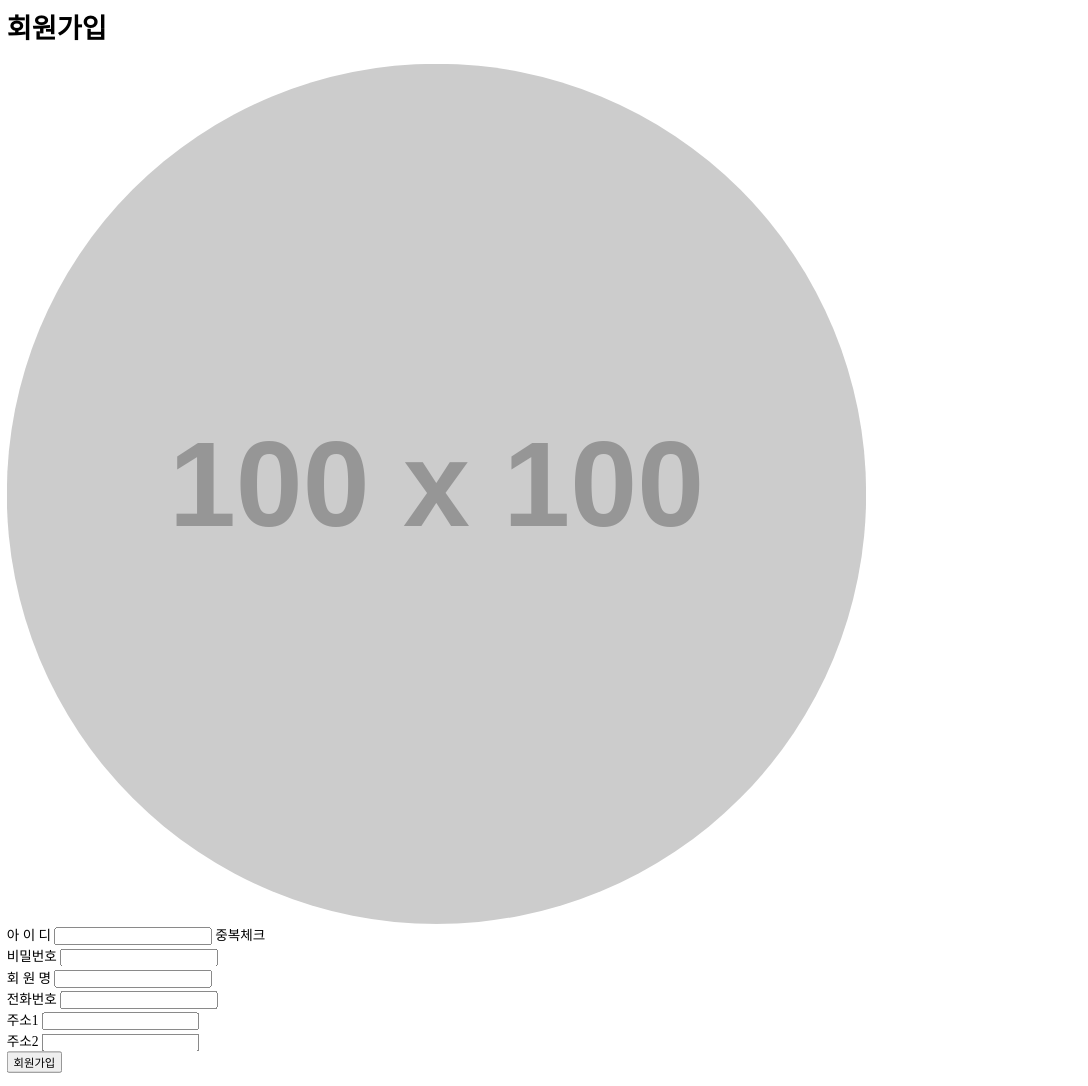
Repository: haegoal/web
Page: http://localhost/shop/user/insert.jsp
The author's editor kept a copy of each file at every save. The page is drawn from the files as they stood at one save, then again after the next save.
The browser window is 1280 px wide. The pictures show the whole page, at 85% of full size.
The page is served by Tomcat 9. Other server files are loaded and not shown.

Above is the page before, as saved 2023-08-09 05:03:51.
Console error: ReferenceError: $ is not defined

### shop/src/main/webapp/user/insert.jsp
<%@ page language="java" contentType="text/html; charset=UTF-8" pageEncoding="UTF-8"%>
<style>
	span{
		width: 150px;
		justify-content: center;
	}
	#image {
		border-radius:50%;
	}
</style>
<div class="row my-5">
	<div class="col">
		<h1 class="text-center mb-5">회원가입</h1>
		<form name="frm" class="card p-3">
			<div class="row">
				<div class="col-md-3 mb-3 text-center">
					<img src="http://via.placeholder.com/100x100" width="80%" id="image">
				</div>
				<div class="col">
					<div class="input-group mb-3">
						<span class="input-group-text">아 이 디</span>
						<input name="uid" class="form-control">
						<a class="btn btn-primary" id="btn-check">중복체크</a>
					</div>
					<div class="input-group mb-3">
						<span class="input-group-text">비밀번호</span>
						<input name="upass" type="password" class="form-control">
					</div>
					<div class="input-group mb-3">
						<span class="input-group-text">회 원 명</span>
						<input name="uname" class="form-control">
					</div>
				</div>
			</div>
			<div class="input-group mb-3">
				<span class="input-group-text">전화번호</span>
				<input name="phone" class="form-control">
			</div>
			<div class="input-group mb-3">
				<span class="input-group-text">주소1</span>
				<input name="address1" class="form-control">
			</div>
			<div class="input-group mb-3">
				<span class="input-group-text">주소2</span>
				<input name="address2" class="form-control">
			</div>
			<div class="text-center">
				<button class="btn btn-primary px-5">회원가입</button>
			</div>
		</form>
	</div>
</div>
<script>
	let check=false;
	$(frm).on("submit", function(e){
		e.preventDefault();
		const uid=$(frm.uid).val();
		if(uid==""){
			alert("아이디를 입력하세요!");
			$(frm.uid).focus();
		}else if(check==false){
			alert("아이디 중복 체크해주세요!");
		}
	});

	$("#btn-check").on("click", function(){
		const uid=$(frm.uid).val();
		if(uid=="") {
			alert("아이디를 입력하세요!");
		}else {
			$.ajax({
				type:"post",
				url:"/user/login",
				data:{uid:$(frm.uid).val(), pass:""},
				success:function(data){
					if(data==0) {
						alert("사용가능한 아이디입니다.!");
						check=true;
					}else{
						alert("이미사용중인 아이디입니다!");
					}
				}
			});
		}
	});

	$(frm.uid).on("change", function(){
		check=false;
	});
</script>

After the next save:
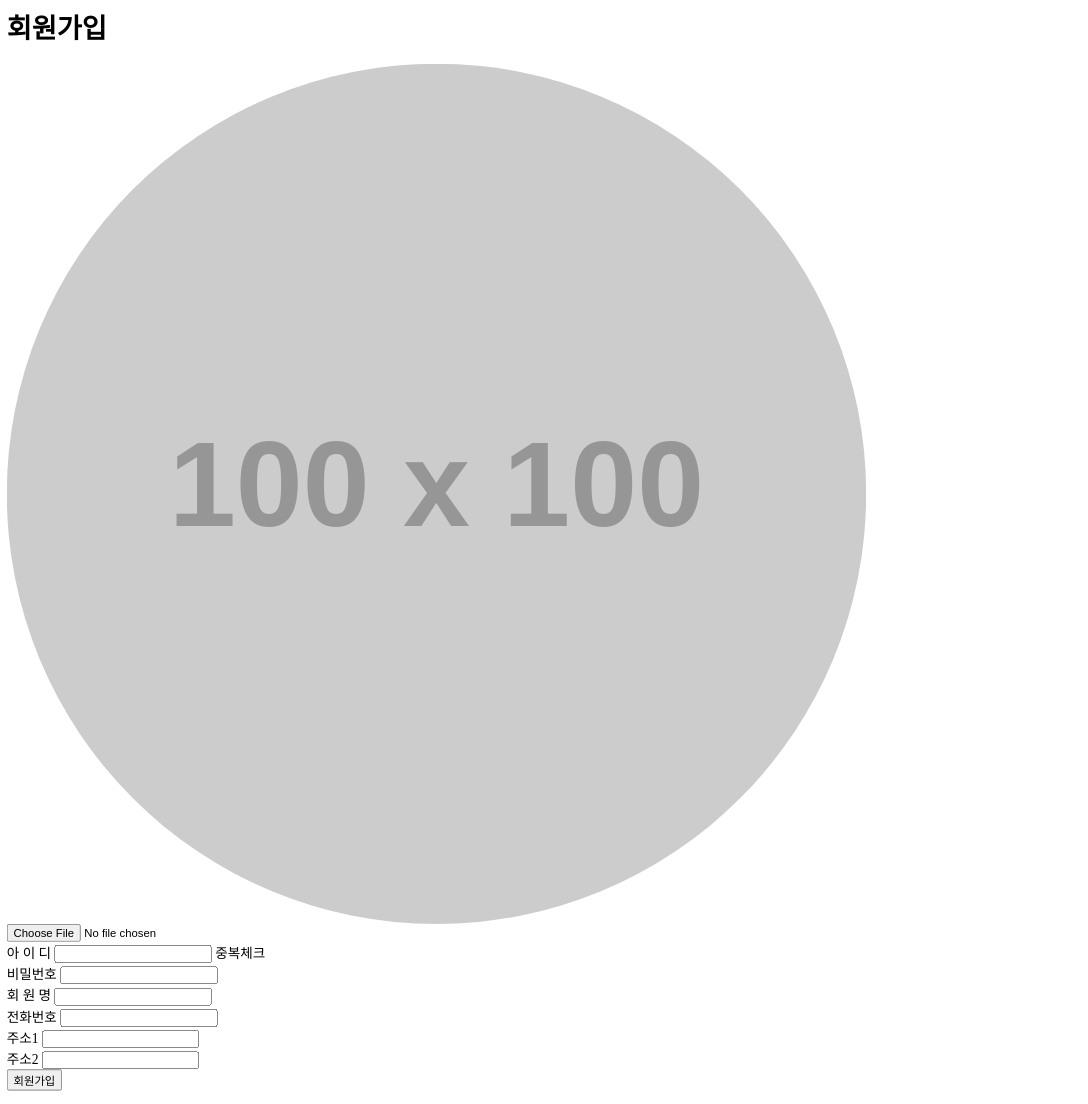
Saved 52 s later.
--- a/shop/src/main/webapp/user/insert.jsp
+++ b/shop/src/main/webapp/user/insert.jsp
@@ -15,6 +15,7 @@
 			<div class="row">
 				<div class="col-md-3 mb-3 text-center">
 					<img src="http://via.placeholder.com/100x100" width="80%" id="image">
+					<input type="file" name="photo">
 				</div>
 				<div class="col">
 					<div class="input-group mb-3">

After the 2 saves that followed:
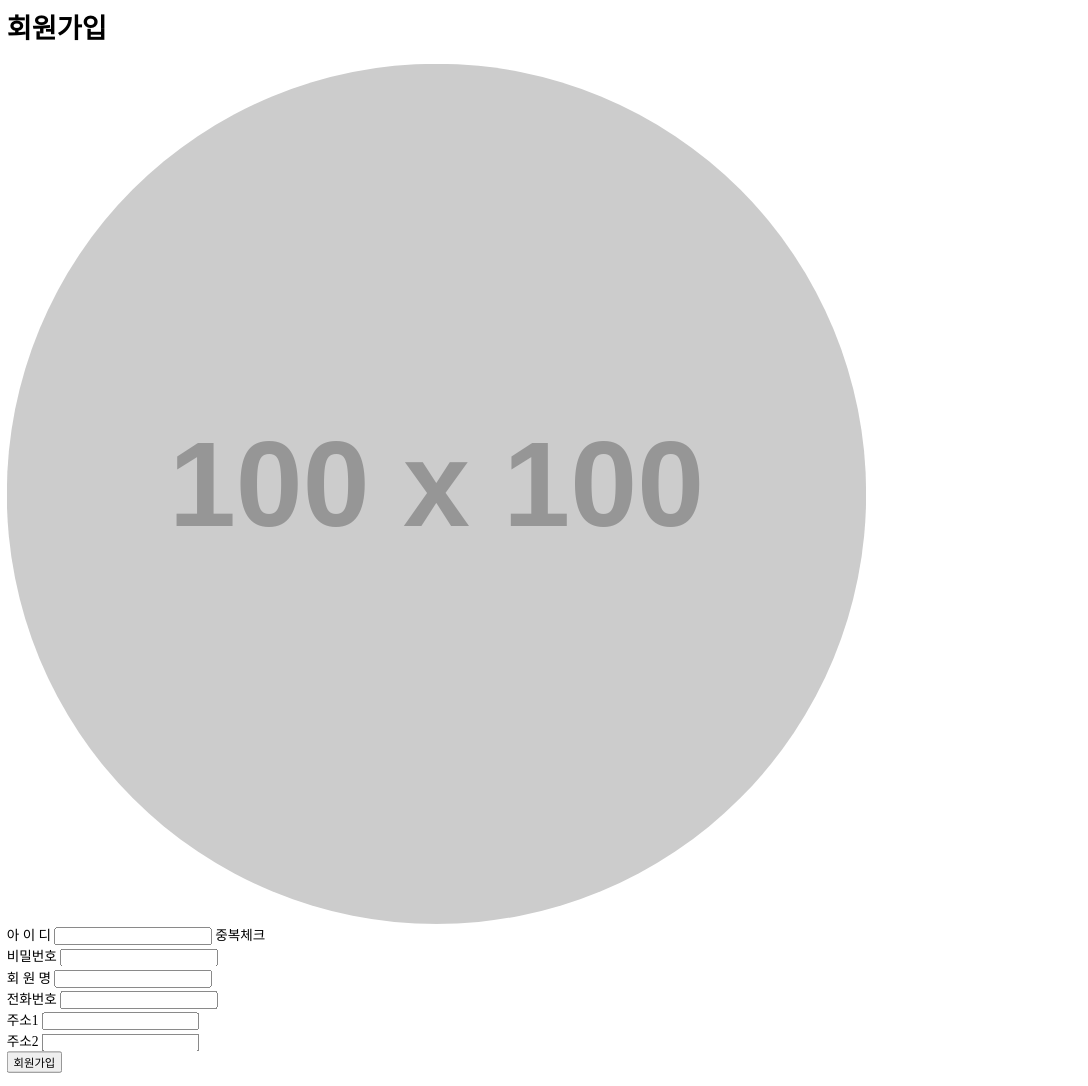
The 2 saves are shown as one change because 1 left the picture as it was.
The last was saved 40 s later.
--- a/shop/src/main/webapp/user/insert.jsp
+++ b/shop/src/main/webapp/user/insert.jsp
@@ -15,7 +15,7 @@
 			<div class="row">
 				<div class="col-md-3 mb-3 text-center">
 					<img src="http://via.placeholder.com/100x100" width="80%" id="image">
-					<input type="file" name="photo">
+					<input type="file" name="photo" style="display:none">
 				</div>
 				<div class="col">
 					<div class="input-group mb-3">
